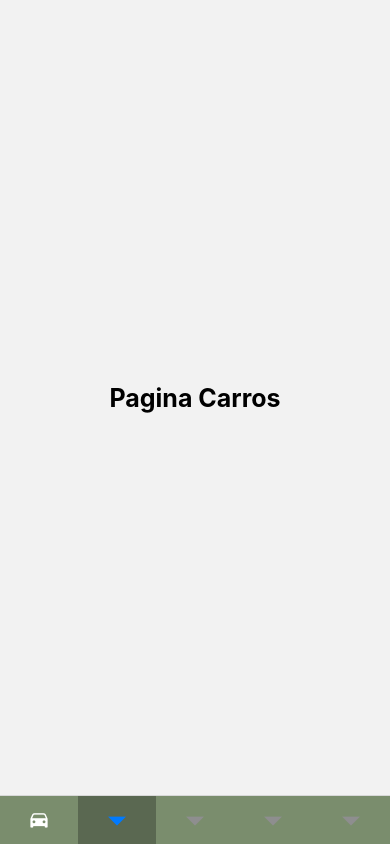
Repository: GabrielAron/EcoWheels
Screen: /Explorar
An editor plug-in stored every save of this project. The screen is shown before and after the next save, followed by the edit.
The app was drawn by React Native's web renderer in a window 390 px wide. The project was rebuilt for these pictures with package versions that can differ from the ones it lists, and the page was loaded fresh each time. Also part of the build but not shown: src/Paginas/Home/index.js, src/Paginas/Ajuda/index.js, src/Paginas/Mapa/index.js.

Above is the screen before, as saved 2023-11-07 12:23:31.

### App.js
import React from 'react';
import Routes from './src/Paginas/routes';


export default function App() {
  return (
    <Routes />
  );

}

### src/Paginas/routes.js
import React from 'react';
import { createBottomTabNavigator } from '@react-navigation/bottom-tabs';
import { NavigationContainer } from '@react-navigation/native';

import Home from './Home';
import Explorar from './Carros';
import Ajuda from './Ajuda';
import Reservas from './Locacoes';
import Recarga from './Mapa';

import {Ionicons} from '@expo/vector-icons' //react-native-vector-icons biblitoteca de icones

const Tab = createBottomTabNavigator();

export default function Routes() {
  return (
    <NavigationContainer>
      <Tab.Navigator
        tabBarOptions={{
          showLabel: false, // Oculta as etiquetas de texto das guias
          style: {
            position: 'absolute',
            borderTopWidth: 0,
            elevation: 0,
            backgroundColor: '#7A8D6D',
            height: 60,
            borderRadius: 10,
            bottom: 14,
            left: 14,
            right: 14,
          },
          tabStyle: {
            elevation: 0,
          },
          inactiveBackgroundColor: '#7A8D6D',
          activeBackgroundColor: '#5A6851',
        }}
      >
        <Tab.Screen name="Reservas" component={Reservas}
        options={{
            headerShown:false,
            tabBarIcon:(colo,size,focused) =>{
                if(focused){
                    return <Ionicons name='md-car-outline' size={23} color="#FFF"/>
                  }else{
                    return <Ionicons name='md-car' size={23} color="#FFF"/>}

            }
        }} />

        <Tab.Screen name="Explorar" component={Explorar}
        options={{
            headerShown:false,
        }} />
        <Tab.Screen name="Home" component={Home}
        options={{
            headerShown:false,
        }}/>
        <Tab.Screen name="Ajuda" component={Ajuda}
        options={{
            headerShown:false,
        }} />
        <Tab.Screen name="Recarga" component={Recarga}
        options={{
            headerShown:false,
        }}/>
      </Tab.Navigator>
    </NavigationContainer>
  );
}

### src/Paginas/Carros/index.js
import { View, Text, Image, StyleSheet, } from 'react-native';

export default function Carros() {
    return (
        <View style={styles.container}>
            <Text style={styles.text}>Pagina Carros</Text>
        </View>
    );
}

const styles = StyleSheet.create({
    container: {
        flex: 1,
        justifyContent: 'center',
        alignItems: 'center',
    },
    text: {
        fontSize: 25,
        color: "#000",
        fontWeight: 'bold',
    }

});

### src/Paginas/Locacoes/index.js
import { View, Text, Image, StyleSheet,} from 'react-native';

export default function Reservas(){
return(
    <View style={styles.container}>
        <Text style={styles.Text}>Pagina Home</Text>
    </View>
);
}

const styles = StyleSheet.create({
    container:{
        flex:1,
        justifyContent:'center',
        alignItems:'center',
    },
     text:{
        fontSize:25,
        color:"#000",
        fontWeight:'bold',
     }

});

After the next save:
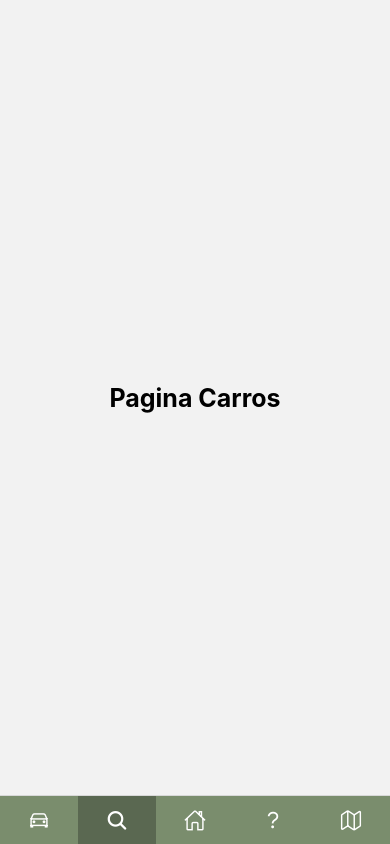
Saved 2 min 6 s later.
--- a/src/Paginas/routes.js
+++ b/src/Paginas/routes.js
@@ -1,14 +1,13 @@
 import React from 'react';
 import { createBottomTabNavigator } from '@react-navigation/bottom-tabs';
 import { NavigationContainer } from '@react-navigation/native';
+import { Ionicons } from '@expo/vector-icons';
 
 import Home from './Home';
 import Explorar from './Carros';
 import Ajuda from './Ajuda';
 import Reservas from './Locacoes';
 import Recarga from './Mapa';
-
-import {Ionicons} from '@expo/vector-icons' //react-native-vector-icons biblitoteca de icones
 
 const Tab = createBottomTabNavigator();
 
@@ -36,34 +35,76 @@ export default function Routes() {
           activeBackgroundColor: '#5A6851',
         }}
       >
-        <Tab.Screen name="Reservas" component={Reservas}
-        options={{
-            headerShown:false,
-            tabBarIcon:(colo,size,focused) =>{
-                if(focused){
-                    return <Ionicons name='md-car-outline' size={23} color="#FFF"/>
-                  }else{
-                    return <Ionicons name='md-car' size={23} color="#FFF"/>}
-
-            }
-        }} />
-
-        <Tab.Screen name="Explorar" component={Explorar}
-        options={{
-            headerShown:false,
-        }} />
-        <Tab.Screen name="Home" component={Home}
-        options={{
-            headerShown:false,
-        }}/>
-        <Tab.Screen name="Ajuda" component={Ajuda}
-        options={{
-            headerShown:false,
-        }} />
-        <Tab.Screen name="Recarga" component={Recarga}
-        options={{
-            headerShown:false,
-        }}/>
+        <Tab.Screen
+          name="Reservas"
+          component={Reservas}
+          options={{
+            headerShown: false,
+            tabBarIcon: ({ color, size, focused }) => {
+              if (focused) {
+                return <Ionicons name="md-car" size={23} color="#FFF" />;
+              } else {
+                return <Ionicons name="md-car-outline" size={23} color="#FFF" />;
+              }
+            },
+          }}
+        />
+        <Tab.Screen
+          name="Explorar"
+          component={Explorar}
+          options={{
+            headerShown: false,
+            tabBarIcon: ({ color, size, focused }) => {
+              if (focused) {
+                return <Ionicons name="md-search" size={23} color="#FFF" />;
+              } else {
+                return <Ionicons name="md-search-outline" size={23} color="#FFF" />;
+              }
+            },
+          }}
+        />
+        <Tab.Screen
+          name="Home"
+          component={Home}
+          options={{
+            headerShown: false,
+            tabBarIcon: ({ color, size, focused }) => {
+              if (focused) {
+                return <Ionicons name="md-home" size={23} color="#FFF" />;
+              } else {
+                return <Ionicons name="md-home-outline" size={23} color="#FFF" />;
+              }
+            },
+          }}
+        />
+        <Tab.Screen
+          name="Ajuda"
+          component={Ajuda}
+          options={{
+            headerShown: false,
+            tabBarIcon: ({ color, size, focused }) => {
+              if (focused) {
+                return <Ionicons name="md-help" size={23} color="#FFF" />;
+              } else {
+                return <Ionicons name="md-help-outline" size={23} color="#FFF" />;
+              }
+            },
+          }}
+        />
+        <Tab.Screen
+          name="Recarga"
+          component={Recarga}
+          options={{
+            headerShown: false,
+            tabBarIcon: ({ color, size, focused }) => {
+              if (focused) {
+                return <Ionicons name="md-map" size={23} color="#FFF" />;
+              } else {
+                return <Ionicons name="md-map-outline" size={23} color="#FFF" />;
+              }
+            },
+          }}
+        />
       </Tab.Navigator>
     </NavigationContainer>
   );
